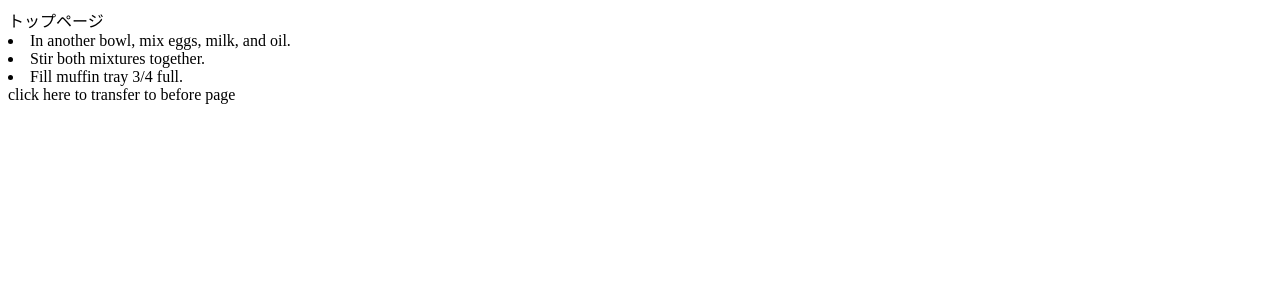
Repository: Mochacha1950/super-duper-octo-potato
Page: http://localhost/index
These files come from the project's save history. The page is drawn as it stood at one moment and after the next save; the edit follows.
The browser window is 1280 px wide. The pictures show the whole page.
The page is this project's Thymeleaf template; nobody is signed in. The template is opened directly, without the code that normally fills it, so the values that code supplies are empty.

Above is the page before, as saved 2024-07-16 02:15:16.

### eclipseWorkspace/shop/src/main/resources/templates/index.html
<!DOCTYPE html>
<html xmlns:th="http://www.thymeleaf.org">
<head>
<meta charset="UTF-8">
<title>title title</title>
</head>
<body>
	<!--/* asssdsssdsss */-->
	<div>トップページ</div>
	<div>
	<li>In another bowl, mix eggs, milk, and oil.</li>
    <li>Stir both mixtures together.</li>
    <li>Fill muffin tray 3/4 full.</li>
	</div>

	<a>click here to transfer to before page</a>

</body>
</html>

After the next save:
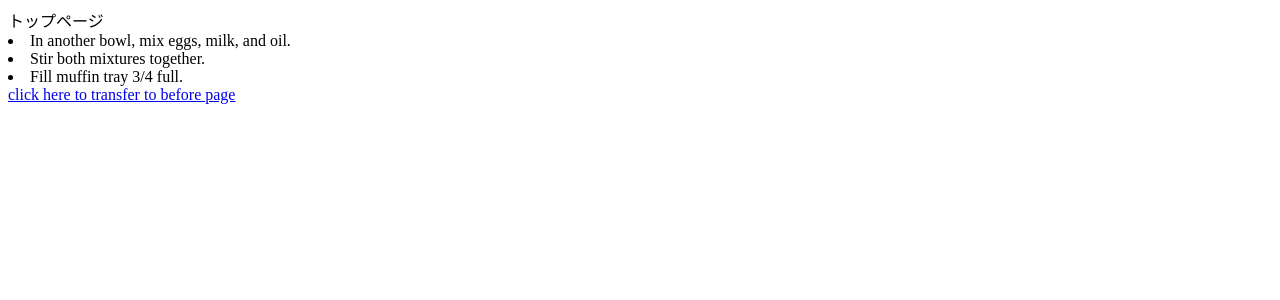
Saved 21 s later.
--- a/eclipseWorkspace/shop/src/main/resources/templates/index.html
+++ b/eclipseWorkspace/shop/src/main/resources/templates/index.html
@@ -13,7 +13,7 @@
     <li>Fill muffin tray 3/4 full.</li>
 	</div>
 
-	<a>click here to transfer to before page</a>
+	<a th:href="@{/before}">click here to transfer to before page</a>
 
 </body>
 </html>
